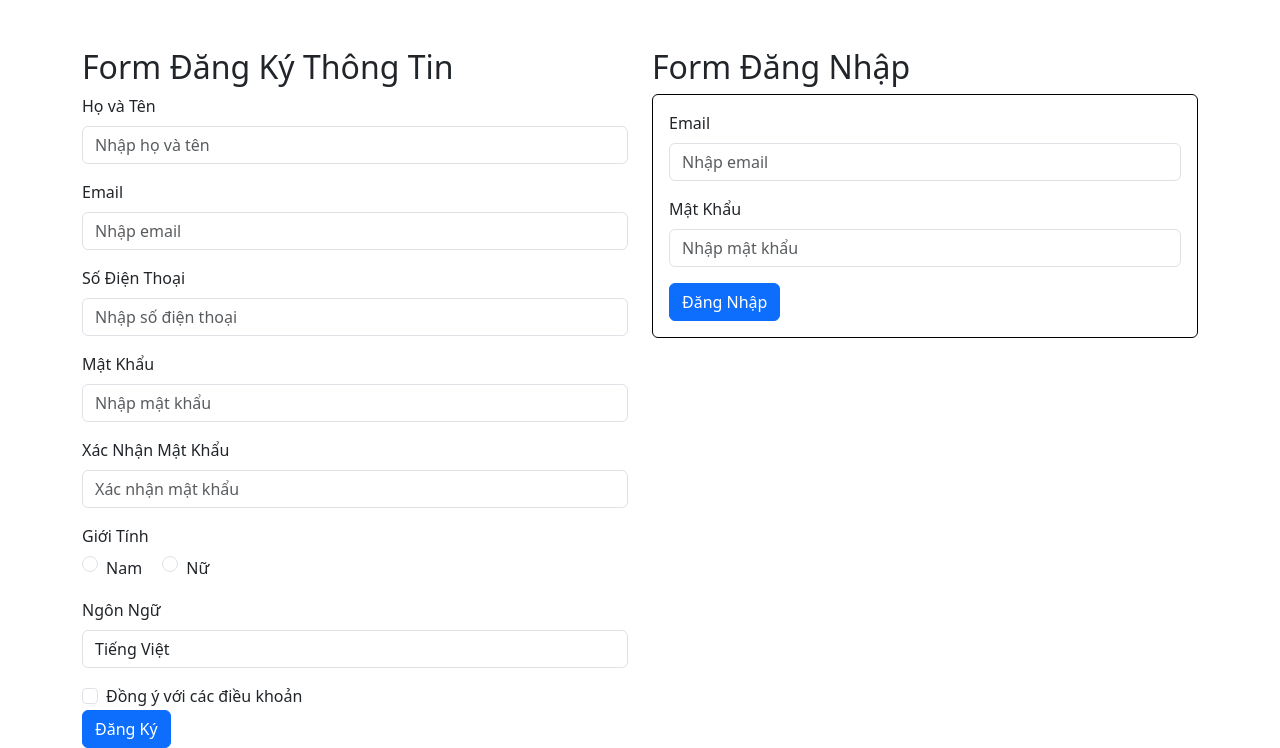
Repository: KizukoHeiwa/SOF308
Page: Lab2/bai2.html
The author's editor kept a copy of each file at every save. The page is drawn from the files as they stood at one save, then again after the next save.
The browser window is 1280 px wide. The pictures show the whole page.

Above is the page before, as saved 2024-11-07 10:17:01.

### Lab2/bai2.html
<!DOCTYPE html>
<html lang="vi">

<head>
    <meta charset="UTF-8">
    <meta name="viewport" content="width=device-width, initial-scale=1.0">
    <title>FPT Polytechnic</title>
    <link href="https://maxcdn.bootstrapcdn.com/bootstrap/4.5.2/css/bootstrap.min.css" rel="stylesheet">
</head>
<link href="https://cdn.jsdelivr.net/npm/bootstrap@5.3.3/dist/css/bootstrap.min.css" rel="stylesheet">
<link rel="stylesheet" href="https://cdnjs.cloudflare.com/ajax/libs/font-awesome/6.0.0-beta3/css/all.min.css">
<script src="https://cdn.jsdelivr.net/npm/bootstrap@5.3.3/dist/js/bootstrap.bundle.min.js"></script>

<body>
    <div class="container mt-5">
        <div class="row">
            <!-- Đăng ký -->
            <div class="col-md-6">
                <h2>Form Đăng Ký Thông Tin</h2>
                <form>
                    <div class="form-group">
                        <label for="fullName">Họ và Tên</label>
                        <input type="text" class="form-control" id="fullName" placeholder="Nhập họ và tên">
                    </div>
                    <div class="form-group">
                        <label for="email">Email</label>
                        <input type="email" class="form-control" id="email" placeholder="Nhập email">
                    </div>
                    <div class="form-group">
                        <label for="phoneNumber">Số Điện Thoại</label>
                        <input type="text" class="form-control" id="phoneNumber" placeholder="Nhập số điện thoại">
                    </div>
                    <div class="form-group">
                        <label for="password">Mật Khẩu</label>
                        <input type="password" class="form-control" id="password" placeholder="Nhập mật khẩu">
                    </div>
                    <div class="form-group">
                        <label for="confirmPassword">Xác Nhận Mật Khẩu</label>
                        <input type="password" class="form-control" id="confirmPassword"
                            placeholder="Xác nhận mật khẩu">
                    </div>
                    <div class="form-group">
                        <label>Giới Tính</label><br>
                        <div class="form-check form-check-inline">
                            <input class="form-check-input" type="radio" name="gender" id="genderMale" value="male">
                            <label class="form-check-label" for="genderMale">Nam</label>
                        </div>
                        <div class="form-check form-check-inline">
                            <input class="form-check-input" type="radio" name="gender" id="genderFemale" value="female">
                            <label class="form-check-label" for="genderFemale">Nữ</label>
                        </div>
                    </div>
                    <div class="form-group">
                        <label for="language">Ngôn Ngữ</label>
                        <select class="form-control" id="language">
                            <option>Tiếng Việt</option>
                            <option>English</option>
                        </select>
                    </div>
                    <div class="form-group form-check">
                        <input type="checkbox" class="form-check-input" id="agreeTerms">
                        <label class="form-check-label" for="agreeTerms">Đồng ý với các điều khoản</label>
                    </div>
                    <button type="submit" class="btn btn-primary">Đăng Ký</button>
                </form>
            </div>

            <!-- Đăng nhập -->
            <div class="col-md-6">
                <h2>Form Đăng Nhập</h2>
                <form class="border border-black rounded p-3">
                    <div class="form-group">
                        <label for="loginEmail">Email</label>
                        <input type="email" class="form-control" id="loginEmail" placeholder="Nhập email">
                    </div>
                    <div class="form-group">
                        <label for="loginPassword">Mật Khẩu</label>
                        <input type="password" class="form-control" id="loginPassword" placeholder="Nhập mật khẩu">
                    </div>
                    <button type="submit" class="btn btn-primary">Đăng Nhập</button>
                </form>
            </div>
        </div>
    </div>


</body>

</html>

After the next save:
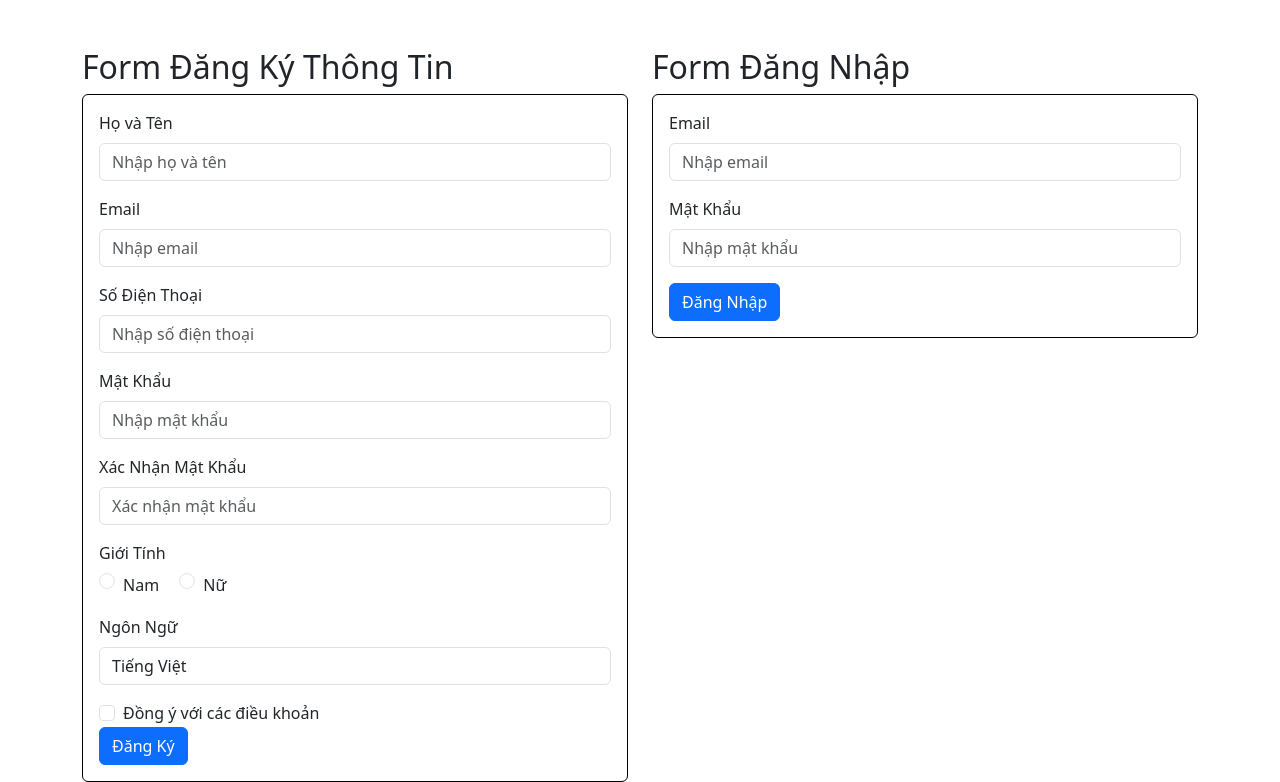
Saved 4 s later.
--- a/Lab2/bai2.html
+++ b/Lab2/bai2.html
@@ -17,7 +17,7 @@
             <!-- Đăng ký -->
             <div class="col-md-6">
                 <h2>Form Đăng Ký Thông Tin</h2>
-                <form>
+                <form class="border border-black rounded p-3">
                     <div class="form-group">
                         <label for="fullName">Họ và Tên</label>
                         <input type="text" class="form-control" id="fullName" placeholder="Nhập họ và tên">
